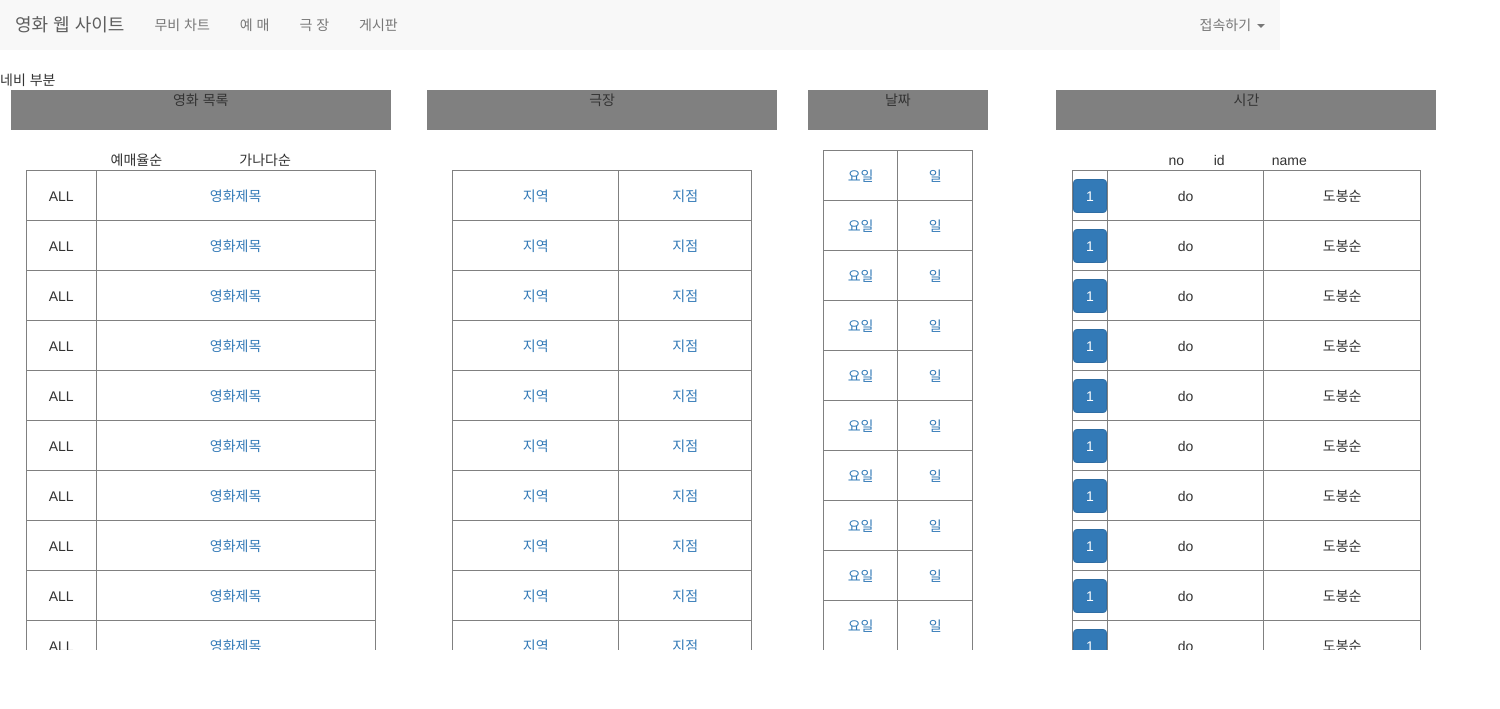
Repository: Gotaemin/java
Page: http://localhost/BBS/movieReserve.jsp
An editor plug-in stored every save of this project. The page is shown before and after the next save, followed by the edit.
The browser window is 1280 px wide. The page is 1500 px wide, so the pictures cover 1500 px, including what lies to the right of the window. The pictures show the whole page.
Some web libraries are served in a nearby version. The page is served by Tomcat 9.

Above is the page before, as saved 2020-03-16 13:29:28.

After the next save:
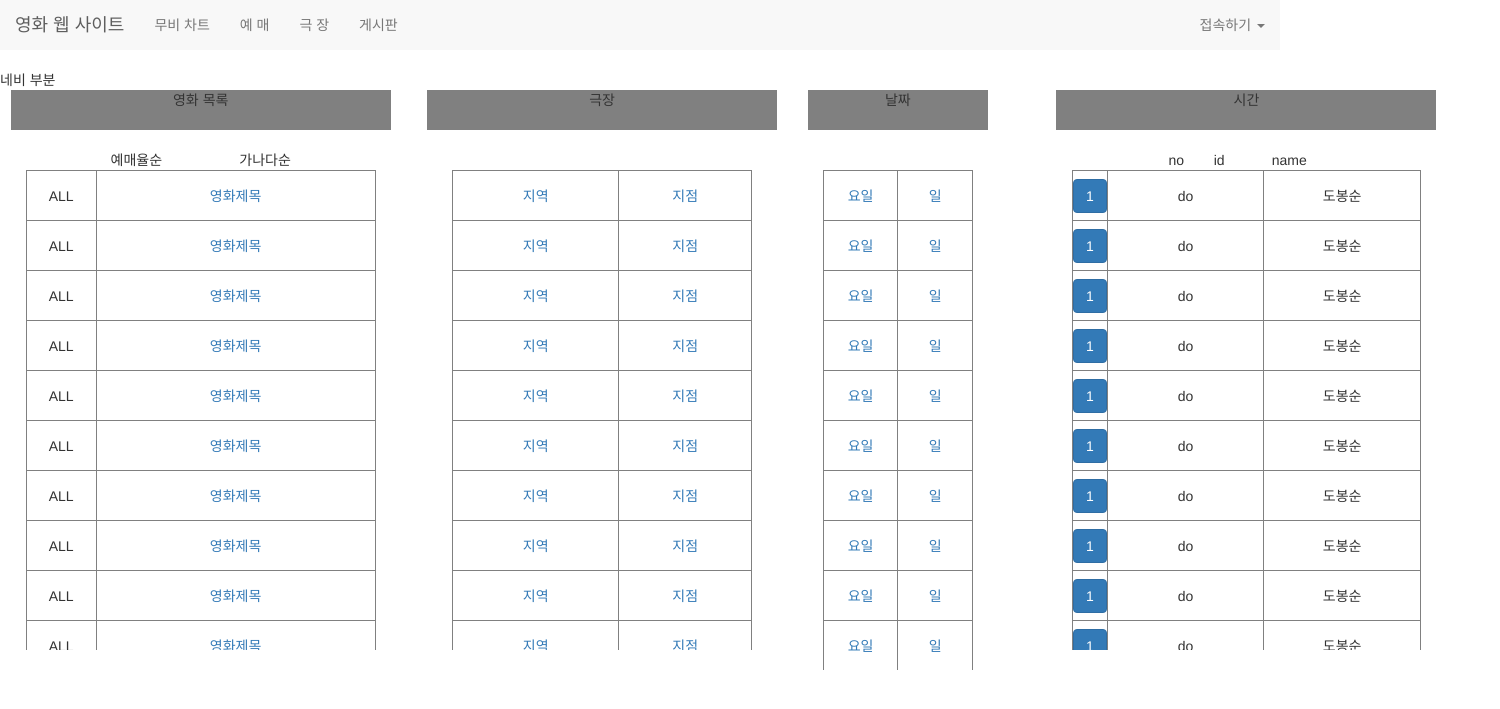
Saved 31 s later.
--- a/BBS/BBS/WebContent/movieReserve.jsp
+++ b/BBS/BBS/WebContent/movieReserve.jsp
@@ -208,7 +208,8 @@ tr{
 
 				<!-- 영화 상영 날짜 출력 -->
 				<div align=center style="display: table-cell; background: white;">
-					<div class="test_content" style="width: 180px; height: 40px; background: gray; margin-bottom: 20px;"">날짜</div>
+					<div class="test_content" style="width: 180px; height: 40px; background: gray; margin-bottom: 20px;">날짜</div>
+					<br>
 					<div id="movie_Date">
 						<div>
 							<table style="width: 150px;">
